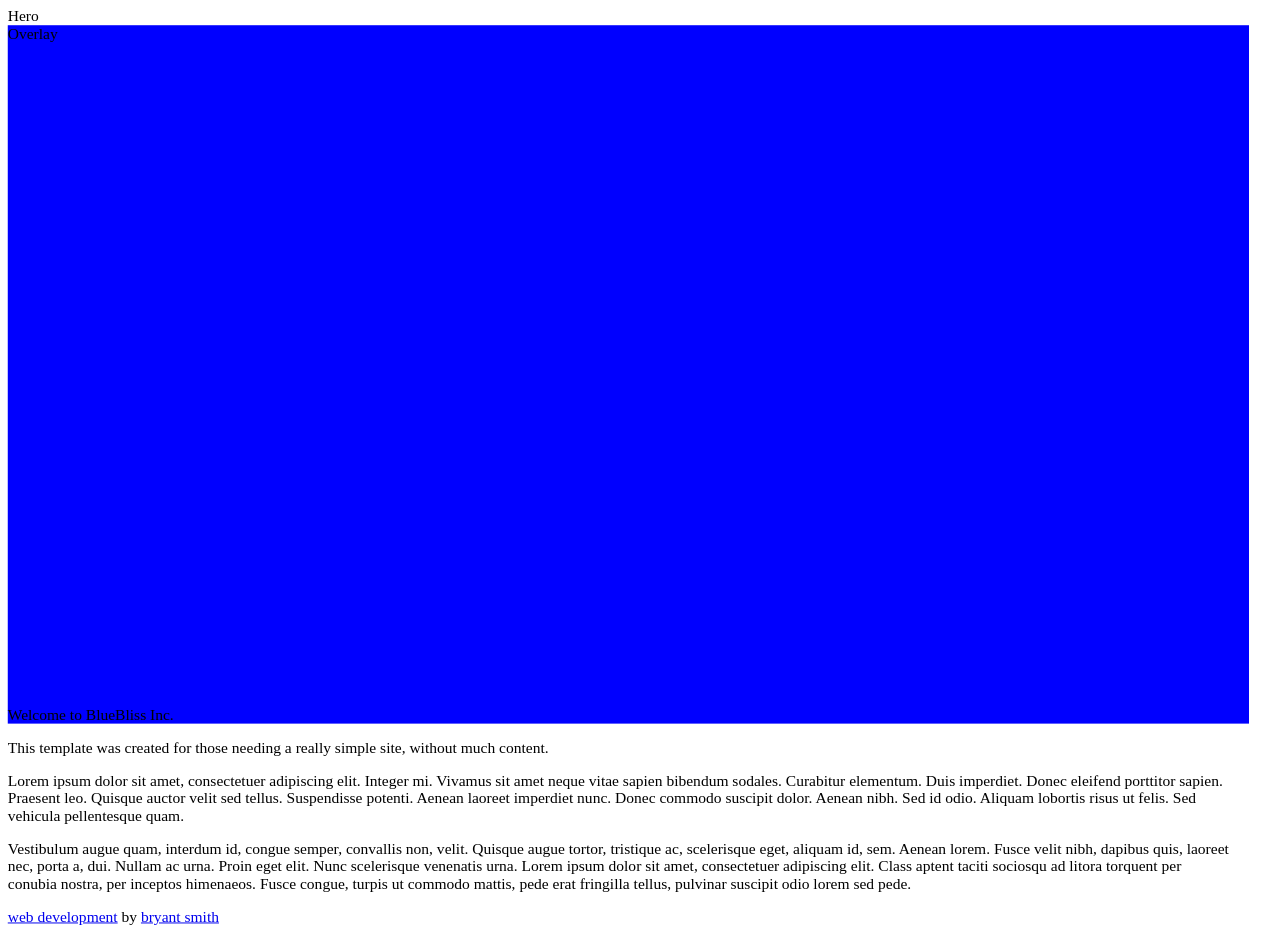
Repository: Scoofster/SWE-Flying-start-bio-website
Page: public/index.html
The author's editor kept a copy of each file at every save. The page is drawn from the files as they stood at one save, then again after the next save.
The browser window is 1280 px wide. The page is 1288 px wide, then 1320 px, so the pictures cover 1320 px, including what lies to the right of the window. The pictures show the whole page, at 97% of full size.

Above is the page before, as saved 2022-06-16 12:35:57.

After the next save:
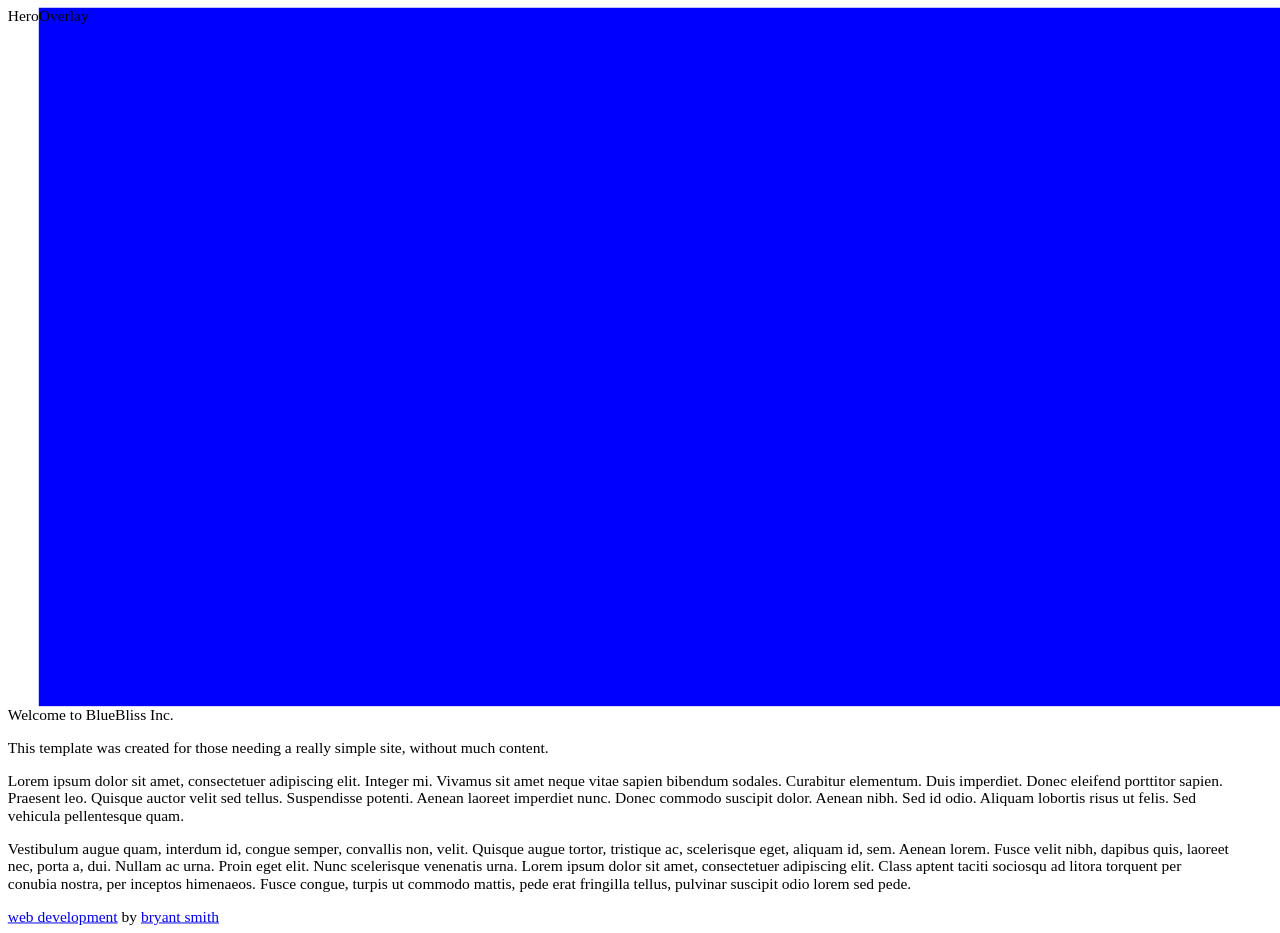
Saved 42 s later.
--- a/public/index.css
+++ b/public/index.css
@@ -4,6 +4,8 @@
 
 #hero {
     display: grid;
+    grid-template-columns: 1fr 1fr 1fr;
+    grid-template-rows: 1fr 1fr 1fr;
     height: 100vh;
     width: 100vw;
 }
